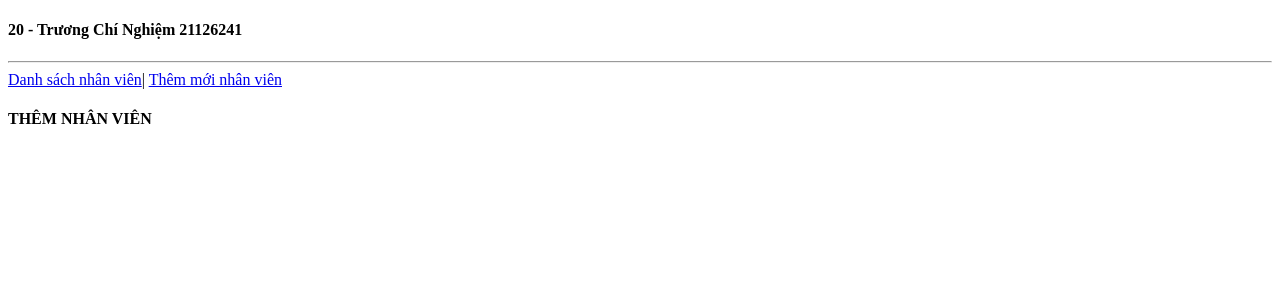
Repository: TruongChiNghiem1/wwwServlet
Page: http://localhost/20_TruongChiNghiem_21126241/views/AddData/index.jsp
These files come from the project's save history. The page is drawn as it stood at one moment and after the next save; the edit follows.
The browser window is 1280 px wide. The pictures show the whole page.
The page is served by Tomcat 10. Other server files are loaded and not shown.

Above is the page before, as saved 2024-10-25 19:07:26.

### 20_TruongChiNghiem_21126241/src/main/webapp/views/AddData/index.jsp
<%@ page language="java" contentType="text/html; charset=UTF-8"
	pageEncoding="UTF-8"%>
<!DOCTYPE html>
<html>
<head>
<meta charset="UTF-8">
<title>Insert title here</title>
</head>
<body>
	<div class="d-flex justify-content-center m-3">
		<h4>20 - Trương Chí Nghiệm 21126241</h4>
	</div>
	<hr>
	<div class="d-flex justify-content-center m-3">
		<a href="/20_TruongChiNghiem_21126241">Danh sách nhân viên</a>| <a
			href="/20_TruongChiNghiem_21126241/add-data">Thêm mới nhân viên</a>
	</div>
	<div class="d-flex justify-content-center m-3">
		<h4>THÊM NHÂN VIÊN</h4>
	</div>
	<div></div>
</body>
</html>

After the next save:
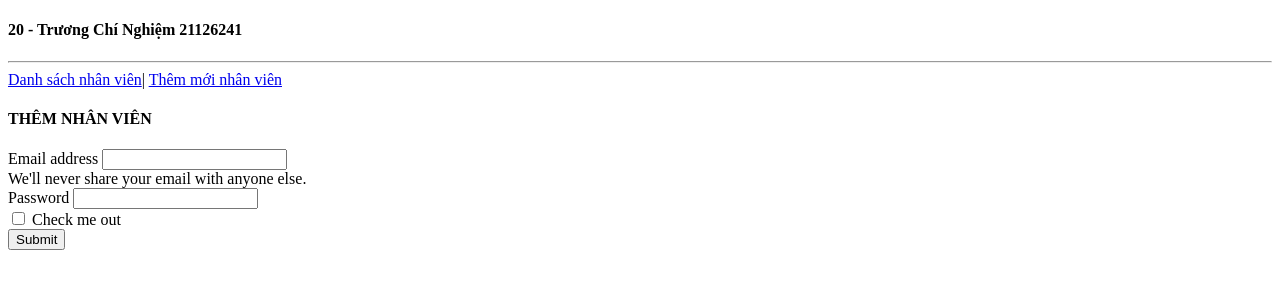
Saved 18 s later.
--- a/20_TruongChiNghiem_21126241/src/main/webapp/views/AddData/index.jsp
+++ b/20_TruongChiNghiem_21126241/src/main/webapp/views/AddData/index.jsp
@@ -18,6 +18,27 @@
 	<div class="d-flex justify-content-center m-3">
 		<h4>THÊM NHÂN VIÊN</h4>
 	</div>
-	<div></div>
+	<div>
+		<form>
+			<div class="mb-3">
+				<label for="exampleInputEmail1" class="form-label">Email
+					address</label> <input type="email" class="form-control"
+					id="exampleInputEmail1" aria-describedby="emailHelp">
+				<div id="emailHelp" class="form-text">We'll never share your
+					email with anyone else.</div>
+			</div>
+			<div class="mb-3">
+				<label for="exampleInputPassword1" class="form-label">Password</label>
+				<input type="password" class="form-control"
+					id="exampleInputPassword1">
+			</div>
+			<div class="mb-3 form-check">
+				<input type="checkbox" class="form-check-input" id="exampleCheck1">
+				<label class="form-check-label" for="exampleCheck1">Check me
+					out</label>
+			</div>
+			<button type="submit" class="btn btn-primary">Submit</button>
+		</form>
+	</div>
 </body>
 </html>
